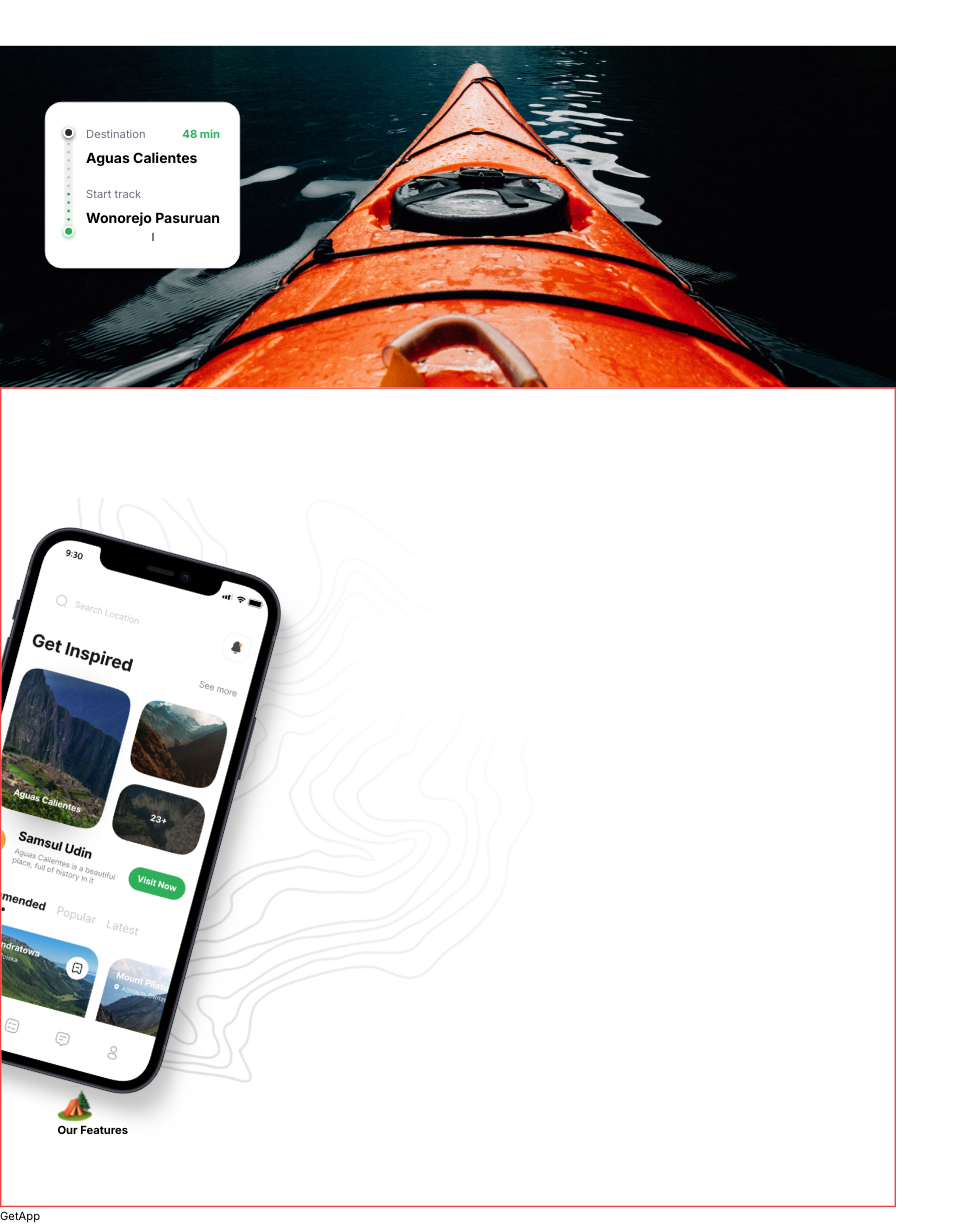
Repository: abdulrahmanmahmood/Travel-App
Page: /
These files come from the project's save history. The page is drawn as it stood at one moment and after the next save; the edit follows.
The browser window is 1280 px wide. The page is 1392 px wide, so the pictures cover 1392 px, including what lies to the right of the window. The pictures show the part of the page from y = 2119 to 3879 px (the page is 3867 px tall before and 3879 px after), at 70% of full size.
The project was rebuilt for these pictures with package versions that can differ from the ones it lists, and the page was loaded fresh each time. The framework's server and built-in components were replaced by stand-ins that run in the browser. Also part of the build but not shown: next.config.js.

Above is the page before, as saved 2023-11-08 11:38:47.

### app/layout.tsx
import './globals.css'
import type { Metadata } from 'next';
import './globals.css'
import Navbar from '@/components/Navbar';


export const metadata: Metadata = {
  title: 'Travel',
  description: 'Travel UI/UX App for camping',
}

export default function RootLayout({
  children,
}: {
  children: React.ReactNode
}) {
  return (
    <html lang="en">
      <body >
        <Navbar/>
        {children}
      </body>
    </html>
  )
}

### app/page.tsx
import Features from "@/components/Features"
import GetApp from "@/components/GetApp"
import Guide from "@/components/Guide"
import Hero from "@/components/Hero"
import Camp from "@/components/camp"

export default function Home() {
  return (
    <>
    <Hero/>
    <Camp/>
    <Guide/>
    <Features/>
    <GetApp/>
 </>
  )
}

### components/Navbar.tsx
import { NAV_LINKS } from "@/constants";
import Image from "next/image";
import Link from "next/link";
import Button from "./Button";

const Navbar = () => {
  return (
    <nav
      className=" flexBetween max-container padding-container relative z-30
    py-5"
    >
      <Link href="/">
        <Image src="/hilink-logo.svg" alt="logo" width={74} height={28} />
      </Link>
      <ul className="hidden h-full gap-12 lg:flex">
        {NAV_LINKS.map((link) => (
          <Link
            href={link.href}
            key={link.key}
            className="regular-16 text-gray-50 flexCenter cursor-pointer pb-1.5 transition-all hover:font-bold"
          >
            {link.label}
          </Link>
        ))}
      </ul>
      <div className="lg:flexCenter  hidden ">
        <Button
          type="button"
          title="Login"
          icon="/user.svg"
          variant="btn_dark_green"
        />
      </div>
      <Image
        src="/menu.svg"
        alt="menu"
        width={32}
        height={32}
        className="inline-block cursor-pointer lg:hidden"
      />
    </nav>
  );
};

export default Navbar;

### components/Features.tsx
import Image from "next/image"


function Features() {
  return (
    <section className="border-2 border-red-500 flex-col  flexCenter overflow-hidden bg-feature-bg bg-center bg-no-repeat py-24">
      <div className="max-container padding-container relative w-full justify-end">
        <div className="flex flex-1 lg:min-h-[900px]">
          <Image src='/phone.png' alt="phone" height={1000} width={440} className="feature-phone"/>
        </div>
        <div className="z-20 flex w-full flex-col  lg:2-[60%]">
          <div className="relative ">
            <Image src='/camp.svg' alt="camp" width={50} height={50}/>
            <h2 className="bold-16 3xl">Our Features</h2>
          </div>
        </div>
      </div>

    </section>
  )
}

export default Features

### components/GetApp.tsx


function GetApp() {
  return (
    <div>GetApp</div>
  )
}

export default GetApp

### components/Guide.tsx
import Image from "next/image";

function Guide() {
  return (
    <section className="flexCenter flex-col">
      <div className=" padding-container max-container w-full pb-24  ">
        <Image src="/camp.svg" alt="camp" width={50} height={50} />
        <p className="uppercase text-xl bold text-green-500 -mt-1 mb-3 ">
          WE ARE here FOR YOU
        </p>
        <div className="flex flex-wrap justify-between gap-5 lg:gap-10">
          <h2 className="capitalize  bold-40 lg:bold-64 xl:max-w-[390px]">
            Guide You to Easy Path
          </h2>
          <p className=" regular-16 text-gray-30 xl:max-w-[520px]">
            Only with the hilink application you will no longer get lost and get
            lost again, because we already support offline maps when there is no
            internet connection in the field. Invite your friends, relatives and
            friends to have fun in the wilderness through the valley and reach
            the top of the mountain
          </p>
        </div>
      </div>
      <div className=" flexCenter max-container relative w-full ">
        <Image
          src="/boat.png"
          alt="image"
          width={1440}
          height={580}
          className="w-full object-cover object-center 2xl:rounded-5"
        />
        <div className="absolute flex bg-white py-8 pl-5 pr-7 gap-3 rounded-3xl border shadow-md md:left-[5%] lg:top-20">
          <Image src='/meter.svg' alt="meter" width={15} height={158} className="h-full w-auto"/>
          <div className="flexBetween flex-col ">
            <div className="flex w-full flex-col">
              <div className="flexBetween w-full ">
                <p className="regular-16 text-gray-500">Destination</p>
                <p className="bold-16 text-green-50">48 min</p>
              </div>
              <p className="bold-20 mt-2 mb-2 ">Aguas Calientes</p>
            </div>
            <div className="flex w-full flex-col">
              <p className="regular-16 text-gray-500 mt-4">Start track</p>
              <h4 className="bold-20 mt-2 whitespace-nowrap">Wonorejo Pasuruan</h4>
            </div>
          I</div>
        </div>
      </div>
    </section>
  );
}

export default Guide;

### components/Hero.tsx
import Image from "next/image";
import Button from "./Button";

function Hero() {
  return (
    <section
      className="max-container padding-container flex flex-col gap-20
    py-10 pb-32 md:gap-27 lg:py-20  xl:flex-row"
    >
      <div className="hero-map" />
      {/* LEFT */}
      <div className="relative z-20 flex flex-1 flex-col xl:w-1/2">
        <Image
          src="/camp.svg"
          alt="camp"
          width={50}
          height={50}
          className="absolute left-[-5px] top-[-30px] w-10 lg:w-[50px]"
        />
        <h1 className="bold-52 lg:bold-88">Putuk Truno Camp Area</h1>
        <p className="regular-16 mt-6 text-gray-30 xl:max-w-[520px]">
          We want to be on each of your journeys seeking the satisfaction of
          seeing the incorruptible beauty of nature. We can help you on an
          adventure around the world in just one app
        </p>
        <div className="my-11 flex flex-wrap gap-5">
          <div className="flex items-center gap-2">
            {Array(5)
              .fill(1)
              .map((_, index) => (
                <Image
                  key={index}
                  src="/star.svg"
                  alt="star"
                  width={24}
                  height={24}
                />
              ))}
          </div>
          <p className="bold-16 lg:bold-20 text-blue-70">
            198k
            <span className="regular-16 lg:regular-20 ml-1 ">
              Excellent Reviews
            </span>
          </p>
        </div>
        <div className="flex flex-col w-full gap-3 sm:flex-row">
          <Button
            type={"button"}
            title={"Download App"}
            variant={"btn_green"}
          />
          <Button
            type={"button"}
            title={"How we work?"}
            variant={"btn_white_text"}
            icon="/play.svg"
          />
        </div>
      </div>
      <div className="relative flex flex-1 items-start ">
        <div className="relative z-20 w-[268px] flex-col gap-8 rounded-3xl bg-green-90 px-7 py-8">


          <div className="fle flex-col">

            <div className="flexBetween">
              <p className="regular-16 text-gray-20">Location</p>
              <Image src="/close.svg" alt="close" width={24} height={24} />
            </div>
            <p className="bold-20 text-white">Aguas Calientes</p>


          </div>


          <div className="flexBetween  pt-4">
            <div className="flex flex-col">
              <p className="regular-16 block text-gray-20">Distance</p>
              <p className="bold-20 text-white">173.28 mi</p>
            </div>
            <div className="flex flex-col">
              <p className="regular-16 block text-gray-20">Elevation</p>
              <p className="bold-20 text-white">2.040 km</p>
            </div>
          </div>
        </div>
      </div>
    </section>
  );
}

export default Hero;

### components/camp.tsx
import { PEOPLE_URL } from "@/constants";
import Image from "next/image";
import { type } from "os";

interface CampProps {
  backgroundImage: string;
  title: string;
  subtitle: string;
  peoplejoined: string;
}

const CampSite = ({
  backgroundImage,
  title,
  subtitle,
  peoplejoined,
}: CampProps) => {
  return (
    <div
      className={`h-full w-full min-w-[1100px] ${backgroundImage} bg-cover bg-no-repeat lg:rounded-r-5xl 2xl:rounded-5xl `}
    >
      <div className="flex h-full flex-col items-start justify-between p-6 lg:px-20 lg:py-10 ">
        <div className=" flexCenter gap-4">
          <div className="rounded-full bg-green-50 p-4">
            <Image src="/folded-map.svg" alt="folded" height={28} width={28} />
          </div>
          <div className="flex flex-col gap-1">
            <h4 className="bold-18 text-white">{title}</h4>
            <p className="regular-14 text-white">{subtitle}</p>
          </div>
        </div>
        <div className="flexCenter gap-6 ">
          <span className="flex -space-x-4 overflow-hidden">
            {PEOPLE_URL.map((url, index) => (
              <Image
                src={url}
                key={index}
                height={53}
                width={53}
                alt="alt"
                className="inline-block h-10 w-10 r-4"
              />
            ))}
          </span>
          <p className="bold-16 md:bold-20 text-white">{peoplejoined}</p>
        </div>
      </div>
    </div>
  );
};

function camp() {
  return (
    <section className=" 2xl:max-container relative flex flex-col py-10 lg-mb-10 lg:py-20 xl:mb-20">
      <div className="hide-scrollbar flex h-[340px] w-full items-start justify-start gap-8 overflow-x-auto lg:h[400px] xl:h-[640px]">
        <CampSite
          backgroundImage="bg-bg-img-1"
          title="Putuk Truno Camp"
          subtitle="Prigen, Pasuruan"
          peoplejoined="50+ Joined"
        />
        <CampSite
          backgroundImage="bg-bg-img-2"
          title="Mountain View Camp"
          subtitle="Somewhere in the Wilderness"
          peoplejoined="50+ Joined"
        />
      </div>

      <div className=" flexEnd  mt-10 px-6 lg:-mt-60 lg:mr-6 ">
        <div
          className="bg-green-50 p-8 lg:max-w-[500px] xl:max-[734px]
        xl:rounded-5xl xl:px-16 px:py-20 relative w-full overflow-hidden rounded-3xl "
        >
          <h2 className="regular-24 md:regular-32 2xl:regular-64 text-white capitalize">
            <strong>Feeling Lost</strong> And Not Knowing The Way?
          </h2>
          <p className="regular-14 xl:regular-16 mt-5 text-white">
            Starting from the anxiety of the climbers when visiting a new
            climbing location, the possibility of getting lost is very large.
            That's why we are here for those of you who want to start an
            adventure
          </p>
          <Image src='/quote.svg'
          alt="camp-2"
          width={186}
          height={219}
          className="camp-quote"
          />
        </div>
      </div>
    </section>
  );
}

export default camp;

### constants/index.ts
export const NAV_LINKS = [
  {href:"/", key:"home", label:"home"},
  { href: '/', key: 'how_hilink_work', label: 'How Hilink Work?' },
  { href: '/', key: 'services', label: 'Services' },
  { href: '/', key: 'pricing ', label: 'Pricing ' },
  { href: '/', key: 'contact_us', label: 'Contact Us' },
]

export const PEOPLE_URL = [
  '/person-1.png',
  '/person-2.png',
  '/acpc-modified (1).png',
  '/person-4.png',
];

### components/Button.tsx
import Image from "next/image";

type ButtonProps = {
  type: "button" | "submit";
  title: string;
  icon?: string;
  variant: string;
};

function Button({ type, title, icon, variant }: ButtonProps) {
  return (
    <button
      type={type}
      className={`flexCenter gap-3 rounded-full border ${variant}`}
    >
      {icon && <Image src={icon} alt={title} width={24} height={24} />}
      <label className="bold-16 whitespace-nowrap">{title}</label>
    </button>
  );
}

export default Button;

Loaded but not shown: app/globals.css (common file); tailwind.config.ts (common file)

After the next save:
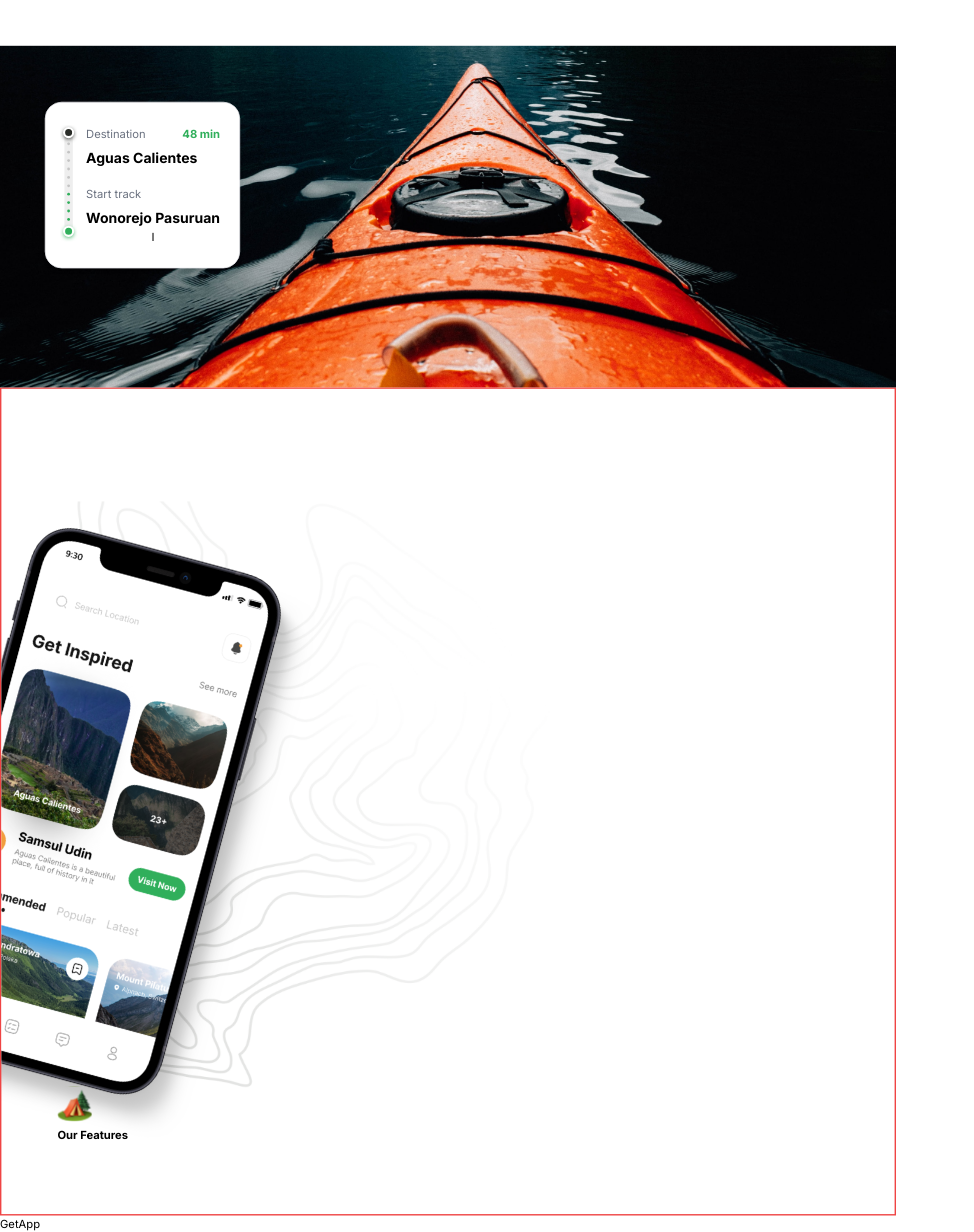
Saved 4 s later.
--- a/components/Features.tsx
+++ b/components/Features.tsx
@@ -11,7 +11,7 @@ function Features() {
         <div className="z-20 flex w-full flex-col  lg:2-[60%]">
           <div className="relative ">
             <Image src='/camp.svg' alt="camp" width={50} height={50}/>
-            <h2 className="bold-16 3xl">Our Features</h2>
+            <h2 className="bold-16 text-3xl">Our Features</h2>
           </div>
         </div>
       </div>
